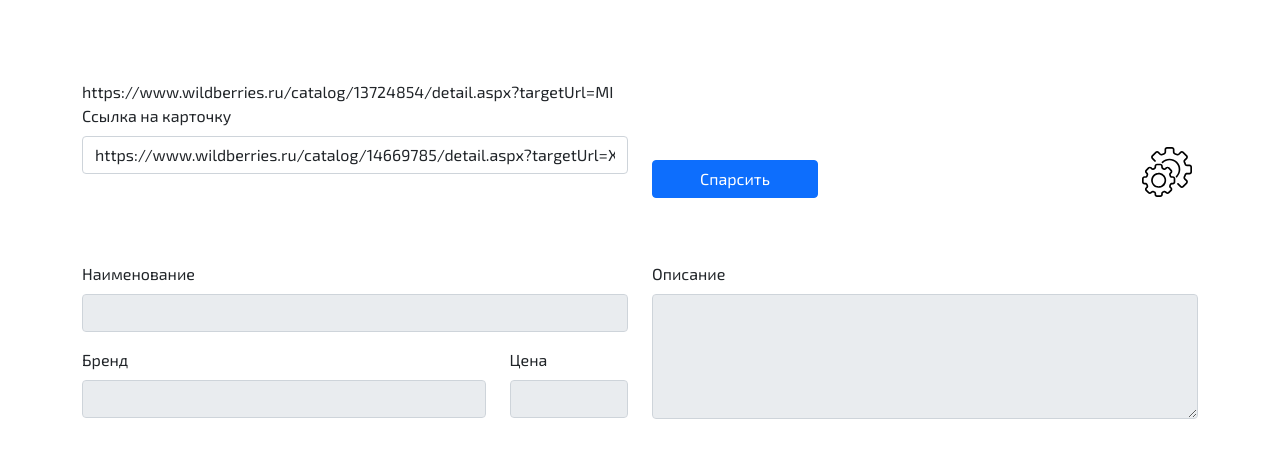
Repository: yozuul/wildberries-product-card-parser-api-exchange
Page: public/panel.html
An editor plug-in stored every save of this project. The page is shown before and after the next save, followed by the edit.
The browser window is 1280 px wide. The pictures show the whole page.

Above is the page before, as saved 2021-08-22 19:25:26.

After the next save:
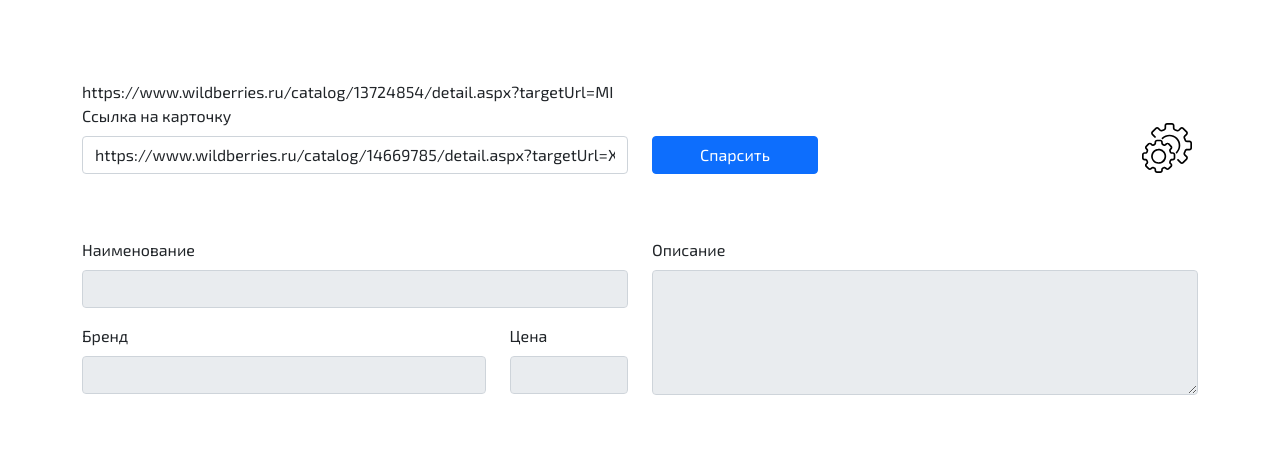
Saved 4 s later.
--- a/public/panel.html
+++ b/public/panel.html
@@ -47,7 +47,7 @@
             https://www.wildberries.ru/catalog/13724854/detail.aspx?targetUrl=MI
             <label for="cardProductURL" class="form-label">Ссылка на карточку</label>
             <input type="text" class="form-control" id="cardProductURL"
-               value="https://www.wildberries.ru/catalog/14669785/detail.aspx?targetUrl=XS"><br>
+               value="https://www.wildberries.ru/catalog/14669785/detail.aspx?targetUrl=XS">
          </div>
          <div class="col-2 mb-3">
             <button id="parseCard" class="btn btn-primary col-12">
